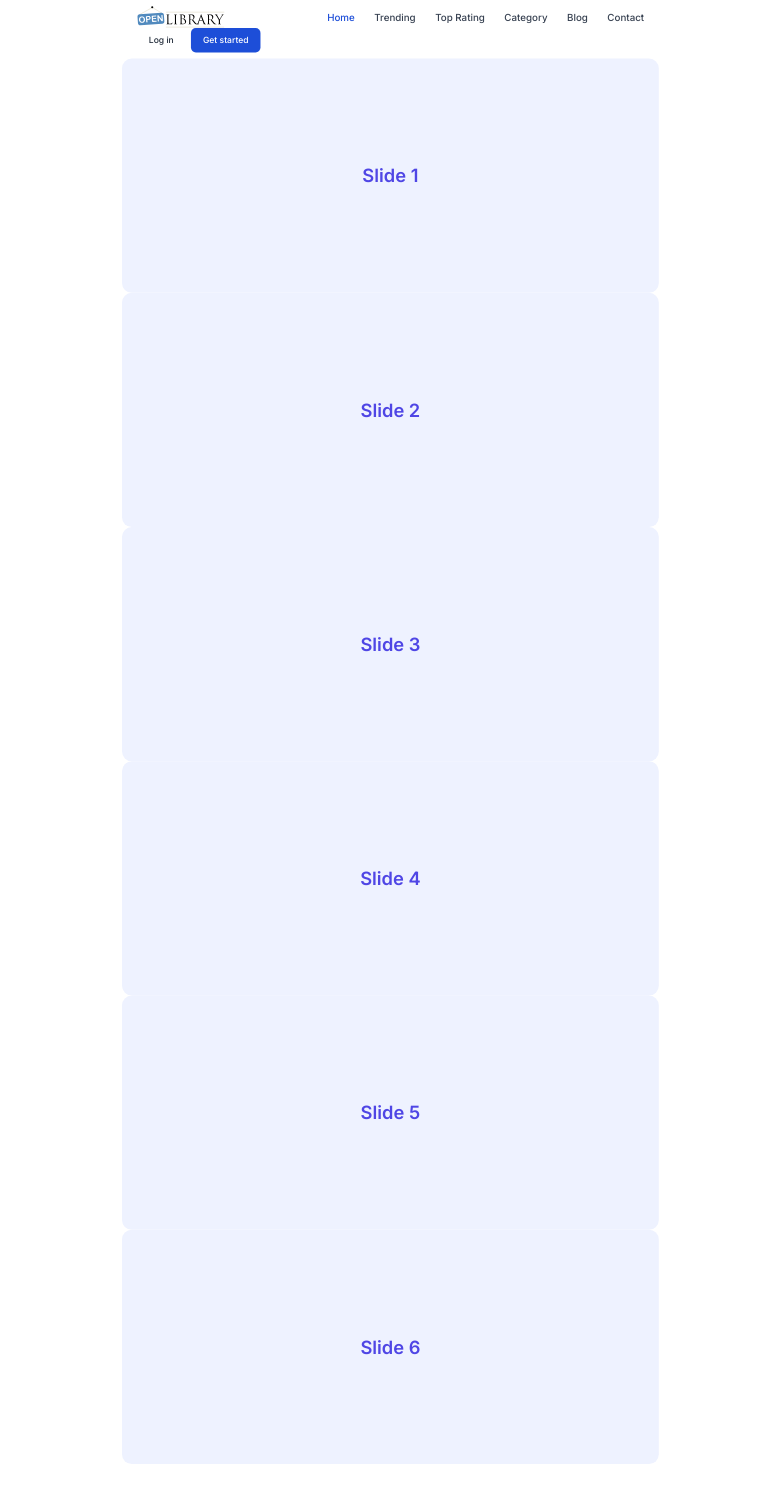
Repository: XuanKhanhHoang/Library-System-Frontend
Page: /
An editor plug-in stored every save of this project. The page is shown before and after a run of saves, followed by the edit.
The browser window is 1280 px wide. The pictures show the whole page, at 61% of full size.
The project was rebuilt for these pictures with package versions that can differ from the ones it lists, and the page was loaded fresh each time. The framework's server and built-in components were replaced by stand-ins that run in the browser. Also part of the build but not shown: next.config.mjs.

Above is the page before, as saved 2024-09-17 17:54:40.

After the next 3 saves:
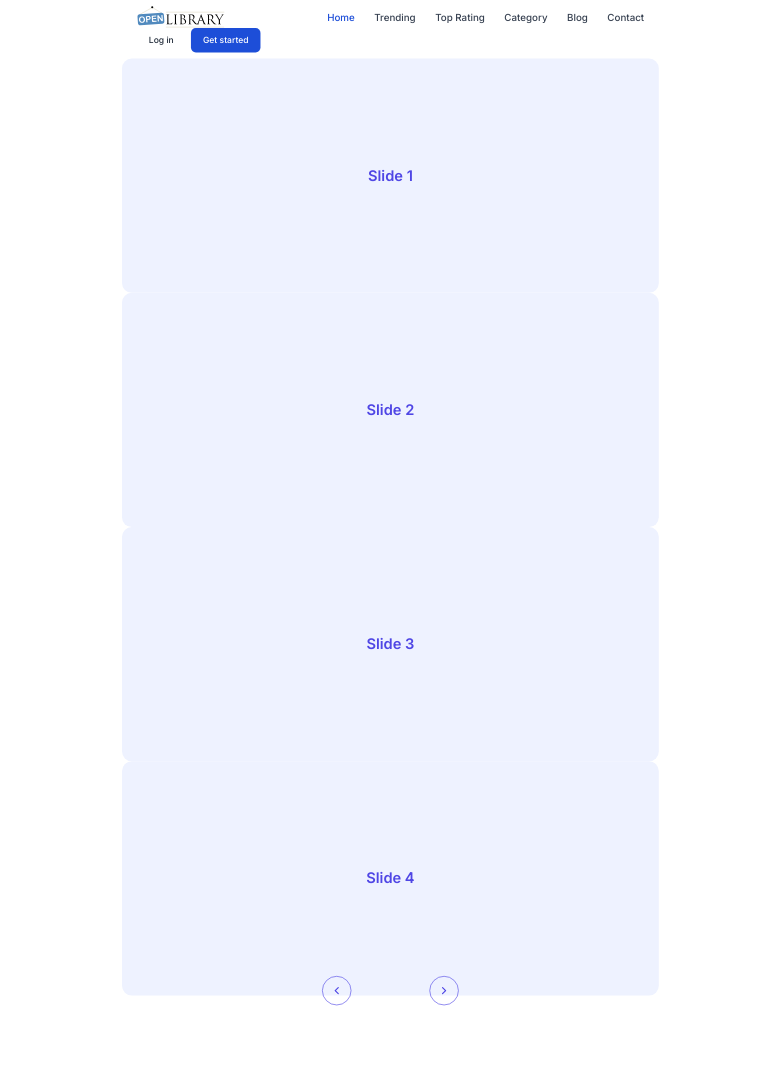
The 3 saves are shown as one change because 2 did not build or start.
The last was saved 3 min 38 s later.
--- a/src/app/page.tsx
+++ b/src/app/page.tsx
@@ -2,52 +2,83 @@
   return (
     <main>
       <div className="relative w-full">
-        <div className="relative swiper centered-slide-carousel swiper-container ">
-          <div className="swiper-wrapper">
+        <div className="relative swiper multiple-slide-carousel swiper-container">
+          <div className="mb-16 swiper-wrapper">
             <div className="swiper-slide">
               <div className="flex items-center justify-center bg-indigo-50 rounded-2xl h-96">
-                <span className="text-3xl font-semibold text-indigo-600">
+                <span className="text-2xl font-semibold text-indigo-600">
                   Slide 1{" "}
                 </span>
               </div>
             </div>
             <div className="swiper-slide">
               <div className="flex items-center justify-center bg-indigo-50 rounded-2xl h-96">
-                <span className="text-3xl font-semibold text-indigo-600">
+                <span className="text-2xl font-semibold text-indigo-600">
                   Slide 2{" "}
                 </span>
               </div>
             </div>
             <div className="swiper-slide">
               <div className="flex items-center justify-center bg-indigo-50 rounded-2xl h-96">
-                <span className="text-3xl font-semibold text-indigo-600">
+                <span className="text-2xl font-semibold text-indigo-600">
                   Slide 3{" "}
                 </span>
               </div>
             </div>
             <div className="swiper-slide">
               <div className="flex items-center justify-center bg-indigo-50 rounded-2xl h-96">
-                <span className="text-3xl font-semibold text-indigo-600">
+                <span className="text-2xl font-semibold text-indigo-600">
                   Slide 4{" "}
                 </span>
               </div>
             </div>
-            <div className="swiper-slide">
-              <div className="flex items-center justify-center bg-indigo-50 rounded-2xl h-96">
-                <span className="text-3xl font-semibold text-indigo-600">
-                  Slide 5{" "}
-                </span>
-              </div>
-            </div>
-            <div className="swiper-slide">
-              <div className="flex items-center justify-center bg-indigo-50 rounded-2xl h-96">
-                <span className="text-3xl font-semibold text-indigo-600">
-                  Slide 6{" "}
-                </span>
-              </div>
-            </div>
           </div>
-          <div className="swiper-pagination "></div>
+          <div className="absolute left-0 right-0 flex items-center justify-center m-auto w-fit bottom-12">
+            <button
+              id="slider-button-left"
+              className="swiper-button-prev group !p-2 flex justify-center items-center border border-solid border-indigo-600 !w-12 !h-12 transition-all duration-500 rounded-full  hover:bg-indigo-600 !-translate-x-16"
+              data-carousel-prev
+            >
+              <svg
+                className="w-5 h-5 text-indigo-600 group-hover:text-white"
+                xmlns="http://www.w3.org/2000/svg"
+                width="16"
+                height="16"
+                viewBox="0 0 16 16"
+                fill="none"
+              >
+                <path
+                  d="M10.0002 11.9999L6 7.99971L10.0025 3.99719"
+                  stroke="currentColor"
+                  stroke-width="1.6"
+                  stroke-linecap="round"
+                  stroke-linejoin="round"
+                />
+              </svg>
+            </button>
+            <button
+              id="slider-button-right"
+              className="swiper-button-next group !p-2 flex justify-center items-center border border-solid border-indigo-600 !w-12 !h-12 transition-all duration-500 rounded-full hover:bg-indigo-600 !translate-x-16"
+              data-carousel-next
+            >
+              <svg
+                className="w-5 h-5 text-indigo-600 group-hover:text-white"
+                xmlns="http://www.w3.org/2000/svg"
+                width="16"
+                height="16"
+                viewBox="0 0 16 16"
+                fill="none"
+              >
+                <path
+                  d="M5.99984 4.00012L10 8.00029L5.99748 12.0028"
+                  stroke="currentColor"
+                  stroke-width="1.6"
+                  stroke-linecap="round"
+                  stroke-linejoin="round"
+                />
+              </svg>
+            </button>
+          </div>
         </div>
       </div>
     </main>
